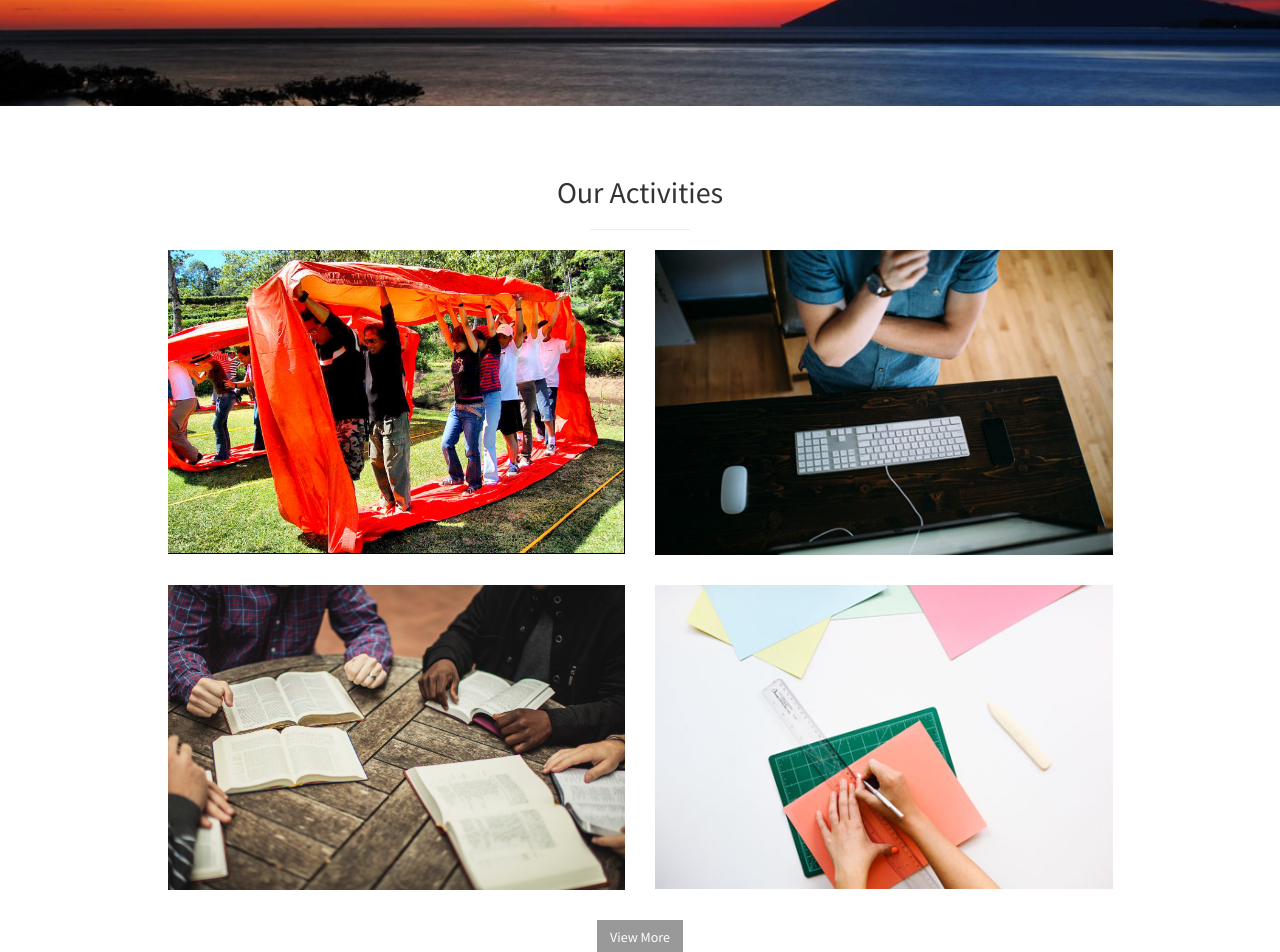
Repository: satriyoministry/revolutioncamp
Page: index.html
The author's editor kept a record of every edit. The page is drawn from the files as they stood at one moment, then again after the next edit.
The browser window is 1280 px wide. The pictures show the part of the page from y = 1718 to 2670 px (the page is 3945 px tall).

Above is the page before.

### index.html
<!DOCTYPE html>
<html lang="en">

<head>

    <meta charset="utf-8">
    <meta http-equiv="X-UA-Compatible" content="IE=edge">
    <meta name="viewport" content="width=device-width, initial-scale=1">
    <meta name="description" content="">
    <meta name="author" content="">

    <title>Revolution Camp 2015</title>

    <!-- Bootstrap Core CSS -->
    <link href="css/bootstrap.min.css" rel="stylesheet">

    <!-- Custom CSS -->
    <link href="css/stylish-portfolio.css" rel="stylesheet">

    <!-- Custom Fonts -->
    <link href="font-awesome/css/font-awesome.min.css" rel="stylesheet" type="text/css">
    <link href="http://fonts.googleapis.com/css?family=Source+Sans+Pro:300,400,700,300italic,400italic,700italic" rel="stylesheet" type="text/css">

    <!-- HTML5 Shim and Respond.js IE8 support of HTML5 elements and media queries -->
    <!-- WARNING: Respond.js doesn't work if you view the page via file:// -->
    <!--[if lt IE 9]>
        <script src="https://oss.maxcdn.com/libs/html5shiv/3.7.0/html5shiv.js"></script>
        <script src="https://oss.maxcdn.com/libs/respond.js/1.4.2/respond.min.js"></script>
    <![endif]-->

</head>

<body>

    <!-- Navigation -->
    <a id="menu-toggle" href="#" class="btn btn-dark btn-lg toggle"><i class="fa fa-bars"></i></a>
    <nav id="sidebar-wrapper">
        <ul class="sidebar-nav">
            <a id="menu-close" href="#" class="btn btn-light btn-lg pull-right toggle"><i class="fa fa-times"></i></a>
            <li class="sidebar-brand">
                <a href="#top">@gms_tos</a>
            </li>
            <li>
                <a href="#top">Home</a>
            </li>
            <li>
                <a href="#about">Tema</a>
            </li>
            <li>
                <a href="#services">Speakers</a>
            </li>
            <li>
                <a href="#portfolio">Activities</a>
            </li>
            <li>
                <a href="#contact">Contact</a>
            </li>
        </ul>
    </nav>

    <!-- Header -->
    <header id="top" class="header">
        <div class="text-vertical-center">
            <h1><font color="white">Revolution Camp 2015</font></h1>
            <h3><font color="white">Young Profesional Retreat</font></h3>
            <br>
            <a href="#contact" class="btn btn-dark btn-lg">Find out to venue</a>
            <a href="#contact" class="btn btn-dark btn-lg">Find form register</a>
        </div>
    </header>

    <!-- About -->
    <section id="about" class="about">
        <div class="container">
            <div class="row">
                <div class="col-lg-12 text-center">
                    <h2>GRACE OF JESUS CHRIST</h2>
                    <p class="lead">.<a target="_blank" href="http://join.deathtothestockphoto.com/">TEMA</a>.</p>
                </div>
            </div>
            <!-- /.row -->
        </div>
        <!-- /.container -->
    </section>

    <!-- Services -->
    <!-- The circle icons use Font Awesome's stacked icon classes. For more information, visit http://fontawesome.io/examples/ -->
    <section id="services" class="services bg-primary">
        <div class="container">
            <div class="row text-center">
                <div class="col-lg-10 col-lg-offset-1">
                    <h2>Our Speaker</h2>
                    <hr class="small">
                    <div class="row">
                        <div class="col-md-3 col-sm-6">
                            <div class="service-item">
                                <img class="img-portfolio img-responsive" src="img/tb.jpg">
                                <h4>
                                    <strong>Ps.Thomas Budianto</strong>
                                </h4>
                                <p> Gembala Regional Sulawesi <br>Gereja Mawar Sharon </p>
                                <a href="#" class="btn btn-light">@thomas_budianto</a>
                            </div>
                        </div>
                        <div class="col-md-3 col-sm-6">
                            <div class="service-item">
                                <img class="img-portfolio img-responsive" src="img/an.jpg">
                                <h4>
                                    <strong>Mr.Andreas Nawawi</strong>
                                </h4>
                                <p>Head Marketing<br>Paramount Land</p>
                                <a href="#" class="btn btn-light">@andreasnawawi</a>
                            </div>
                        </div>
                        <div class="col-md-3 col-sm-6">
                            <div class="service-item">
                                <img class="img-portfolio img-responsive" src="img/as.jpg">
                                <h4>
                                    <strong>Mr.Adrian Sarwono</strong>
                                </h4>
                                <p>CEO<br>PT. Kasi Karunia Indonesia</p>
                                <a href="#" class="btn btn-light">@adriansarwono</a>
                            </div>
                        </div>
                        <div class="col-md-3 col-sm-6">
                            <div class="service-item">
                                <img class="img-portfolio img-responsive" src="img/fs.jpg">
                                <h4>
                                    <strong>Pdp. Feybe Saranaung</strong>
                                </h4>
                                <p>Gembala Profesional Muda<br>Gereja Mawar Sharon Manado</p>
                                <a href="#" class="btn btn-light">@feybe_saranaung</a>
                            </div>
                        </div>

                    </div>
                    <!-- /.row (nested) -->
                </div>
                <!-- /.col-lg-10 -->
            </div>
            <!-- /.row -->
        </div>
        <!-- /.container -->
    </section>

    <!-- Callout -->
    <aside class="callout">
        <div class="text-vertical-center">
            <h1>@Sutan Raja Hotel<br> Tgl 20 - 22 Maret 2015</h1>
        </div>
    </aside>

     <!-- Portfolio -->
    <section id="portfolio" class="portfolio">
        <div class="container">
            <div class="row">
                <div class="col-lg-10 col-lg-offset-1 text-center">
                    <h2>Our Activities</h2>
                    <hr class="small">
                    <div class="row">
                        <div class="col-md-6">
                            <div class="portfolio-item">
                                <a href="#">
                                    <img class="img-portfolio img-responsive" src="img/1.jpg">
                                </a>
                            </div>
                        </div>
                        <div class="col-md-6">
                            <div class="portfolio-item">
                                <a href="#">
                                    <img class="img-portfolio img-responsive" src="img/2a.jpg">
                                </a>
                            </div>
                        </div>
                        <div class="col-md-6">
                            <div class="portfolio-item">
                                <a href="#">
                                    <img class="img-portfolio img-responsive" src="img/3.jpg">
                                </a>
                            </div>
                        </div>
                        <div class="col-md-6">
                            <div class="portfolio-item">
                                <a href="#">
                                    <img class="img-portfolio img-responsive" src="img/4a.jpg">
                                </a>
                            </div>
                        </div>
                    </div>
                    <!-- /.row (nested) -->
                    <a href="#" class="btn btn-dark">View More</a>
                </div>
                <!-- /.col-lg-10 -->
            </div>
            <!-- /.row -->
        </div>
        <!-- /.container -->
    </section>


    <!-- Call to Action -->
    <aside class="call-to-action bg-primary">
        <div class="container">
            <div class="row">
                <div class="col-lg-12 text-center">
                    <h3>UP COMING MOVEMENT 2015</h3>
                    <a href="#" class="btn btn-lg btn-light">Seminar Market Place 2015</a>
                    <a href="#" class="btn btn-lg btn-dark">Lauching Album GMS Live</a>
                    <a href="#" class="btn btn-lg btn-light">Single The Explorer 2015</a>
                    <a href="#" class="btn btn-lg btn-dark">Retreat Prom 2015</a>
                </div>
            </div>
        </div>
    </aside>

    <!-- Map -->
    <section id="contact" class="map">
        <iframe width="100%" height="100%" frameborder="0" scrolling="no" marginheight="0" marginwidth="0" src="https://www.google.com/maps/embed?pb=!1m14!1m8!1m3!1d3988.50612302976!2d124.92071499999999!3d1.4695099999999999!3m2!1i1024!2i768!4f13.1!3m3!1m2!1s0x32870bb2d8829531%3A0xdaaafba3a19c7589!2sSutan+Raja+Hotel!5e0!3m2!1sen!2sid!4v1422346673105" width="1903" height="506" frameborder="0" style="border:0"></iframe>
        <br />
        <small>
            <a href="https://www.google.com/maps/embed?pb=!1m14!1m8!1m3!1d3988.50612302976!2d124.92071499999999!3d1.4695099999999999!3m2!1i1024!2i768!4f13.1!3m3!1m2!1s0x32870bb2d8829531%3A0xdaaafba3a19c7589!2sSutan+Raja+Hotel!5e0!3m2!1sen!2sid!4v1422346673105" width="1903" height="506" frameborder="0" style="border:0"></a>
        </small>
        </iframe>
    </section>

    <!-- Footer -->
    <footer>
        <div class="container">
            <div class="row">
                <div class="col-lg-10 col-lg-offset-1 text-center">
                    <h4><strong>CONTACT US</strong>
                    </h4>
                    <p>@Kawasan Bahu Mall<br>Depan Lagoon Apartemen</p>
                    <ul class="list-unstyled">
                        <li><i class="fa fa-phone fa-fw fa-1x"></i> (0431) 456-7890</li>
                        <li> <i class="fa fa-mobile fa-fw fa-2x"></i>08123456789</li>
                        <li><i class="fa fa-envelope-o fa-fw"></i>  <a href="mailto:name@example.com">info@sulawesiforjesus.com</a>
                        </li>
                    </ul>
                    <br>
                    <ul class="list-inline">
                        <li>
                            <a href="#"><i class="fa fa-facebook fa-fw fa-3x"></i></a>
                        </li>
                        <li>
                            <a href="https://twitter.com/rev_camp"><i class="fa fa-twitter fa-fw fa-3x"></i></a>
                        </li>
                        <li>
                            <a href="#"><i class="fa fa-instagram fa-fw fa-3x"></i></a>
                        </li>
                        <li>
                            <a href="#"><i class="fa fa-youtube fa-fw fa-3x"></i></a>
                        </li>
                    </ul>
                    <hr class="small">
                    <p class="text-muted">Copyright &copy;@raisecamp2015</p>
                </div>
            </div>
        </div>
    </footer>

    <!-- jQuery -->
    <script src="js/jquery.js"></script>

    <!-- Bootstrap Core JavaScript -->
    <script src="js/bootstrap.min.js"></script>

    <!-- Custom Theme JavaScript -->
    <script>
    // Closes the sidebar menu
    $("#menu-close").click(function(e) {
        e.preventDefault();
        $("#sidebar-wrapper").toggleClass("active");
    });

    // Opens the sidebar menu
    $("#menu-toggle").click(function(e) {
        e.preventDefault();
        $("#sidebar-wrapper").toggleClass("active");
    });

    // Scrolls to the selected menu item on the page
    $(function() {
        $('a[href*=#]:not([href=#])').click(function() {
            if (location.pathname.replace(/^\//, '') == this.pathname.replace(/^\//, '') || location.hostname == this.hostname) {

                var target = $(this.hash);
                target = target.length ? target : $('[name=' + this.hash.slice(1) + ']');
                if (target.length) {
                    $('html,body').animate({
                        scrollTop: target.offset().top
                    }, 1000);
                    return false;
                }
            }
        });
    });
    </script>

</body>

</html>

### css/stylish-portfolio.css
/*!
 * Start Bootstrap - Stylish Portfolio Bootstrap Theme (http://startbootstrap.com)
 * Code licensed under the Apache License v2.0.
 * For details, see http://www.apache.org/licenses/LICENSE-2.0.
 */

/* Global Styles */

html,
body {
    width: 100%;
    height: 100%;
}

body {
    font-family: "Source Sans Pro","Helvetica Neue",Helvetica,Arial,sans-serif;
}

.text-vertical-center {
    display: table-cell;
    text-align: center;
    vertical-align: middle;
}

.text-vertical-center h1 {
    margin: 0;
    padding: 0;
    font-size: 4.5em;
    font-weight: 700;
}

/* Custom Button Styles */

.btn-dark {
    border-radius: 0;
    color: #fff;
    background-color: rgba(0,0,0,0.4);
}

.btn-dark:hover,
.btn-dark:focus,
.btn-dark:active {
    color: #fff;
    background-color: rgba(0,0,0,0.7);
}

.btn-light {
    border-radius: 0;
    color: #333;
    background-color: rgb(255,255,255);
}

.btn-light:hover,
.btn-light:focus,
.btn-light:active {
    color: #333;
    background-color: rgba(255,255,255,0.8);
}

/* Custom Horizontal Rule */

hr.small {
    max-width: 100px;
}

/* Side Menu */

#sidebar-wrapper {
    z-index: 1000;
    position: fixed;
    right: 0;
    width: 250px;
    height: 100%;
    margin-right: -250px;
    overflow-y: auto;
    background: #222;
    -webkit-transition: all 0.4s ease 0s;
    -moz-transition: all 0.4s ease 0s;
    -ms-transition: all 0.4s ease 0s;
    -o-transition: all 0.4s ease 0s;
    transition: all 0.4s ease 0s;
}

.sidebar-nav {
    position: absolute;
    top: 0;
    width: 250px;
    margin: 0;
    padding: 0;
    list-style: none;
}

.sidebar-nav li {
    text-indent: 20px;
    line-height: 40px;
}

.sidebar-nav li a {
    display: block;
    text-decoration: none;
    color: #999;
}

.sidebar-nav li a:hover {
    text-decoration: none;
    color: #fff;
    background: rgba(255,255,255,0.2);
}

.sidebar-nav li a:active,
.sidebar-nav li a:focus {
    text-decoration: none;
}

.sidebar-nav > .sidebar-brand {
    height: 55px;
    font-size: 18px;
    line-height: 55px;
}

.sidebar-nav > .sidebar-brand a {
    color: #999;
}

.sidebar-nav > .sidebar-brand a:hover {
    color: #fff;
    background: none;
}

#menu-toggle {
    z-index: 1;
    position: fixed;
    top: 0;
    right: 0;
}

#sidebar-wrapper.active {
    right: 250px;
    width: 250px;
    -webkit-transition: all 0.4s ease 0s;
    -moz-transition: all 0.4s ease 0s;
    -ms-transition: all 0.4s ease 0s;
    -o-transition: all 0.4s ease 0s;
    transition: all 0.4s ease 0s;
}

.toggle {
    margin: 5px 5px 0 0;
}

/* Header */

.header {
    display: table;
    position: relative;
    width: 100%;
    height: 100%;
    background: url(../img/bg.jpg) no-repeat center center scroll;
    -webkit-background-size: cover;
    -moz-background-size: cover;
    background-size: cover;
    -o-background-size: cover;
}

/* About */

.about {
    padding: 50px 0;
}

/* Services */

.services {
    padding: 50px 0;
}

.service-item {
    margin-bottom: 30px;
}

/* Callout */

.callout {
    display: table;
    width: 100%;
    height: 400px;
    color: #fff;
    background: url(../img/callout.jpg) no-repeat center center scroll;
    -webkit-background-size: cover;
    -moz-background-size: cover;
    background-size: cover;
    -o-background-size: cover;
}

/* Portfolio */

.portfolio {
    padding: 50px 0;
}

.portfolio-item {
    margin-bottom: 30px;
}

.img-portfolio {
    margin: 0 auto;
}

.img-portfolio:hover {
    opacity: 0.8;
}

/* Call to Action */

.call-to-action {
    padding: 50px 0;
}

.call-to-action .btn {
    margin: 10px;
}

/* Map */

.map {
    height: 500px;
}

@media(max-width:768px) {
    .map {
        height: 75%;
    }
}

/* Footer */

footer {
    padding: 100px 0;
}

Loaded but not shown: css/bootstrap.min.css (library); font-awesome/css/font-awesome.min.css (library); js/jquery.js (library); js/bootstrap.min.js (library)

After the next edit:
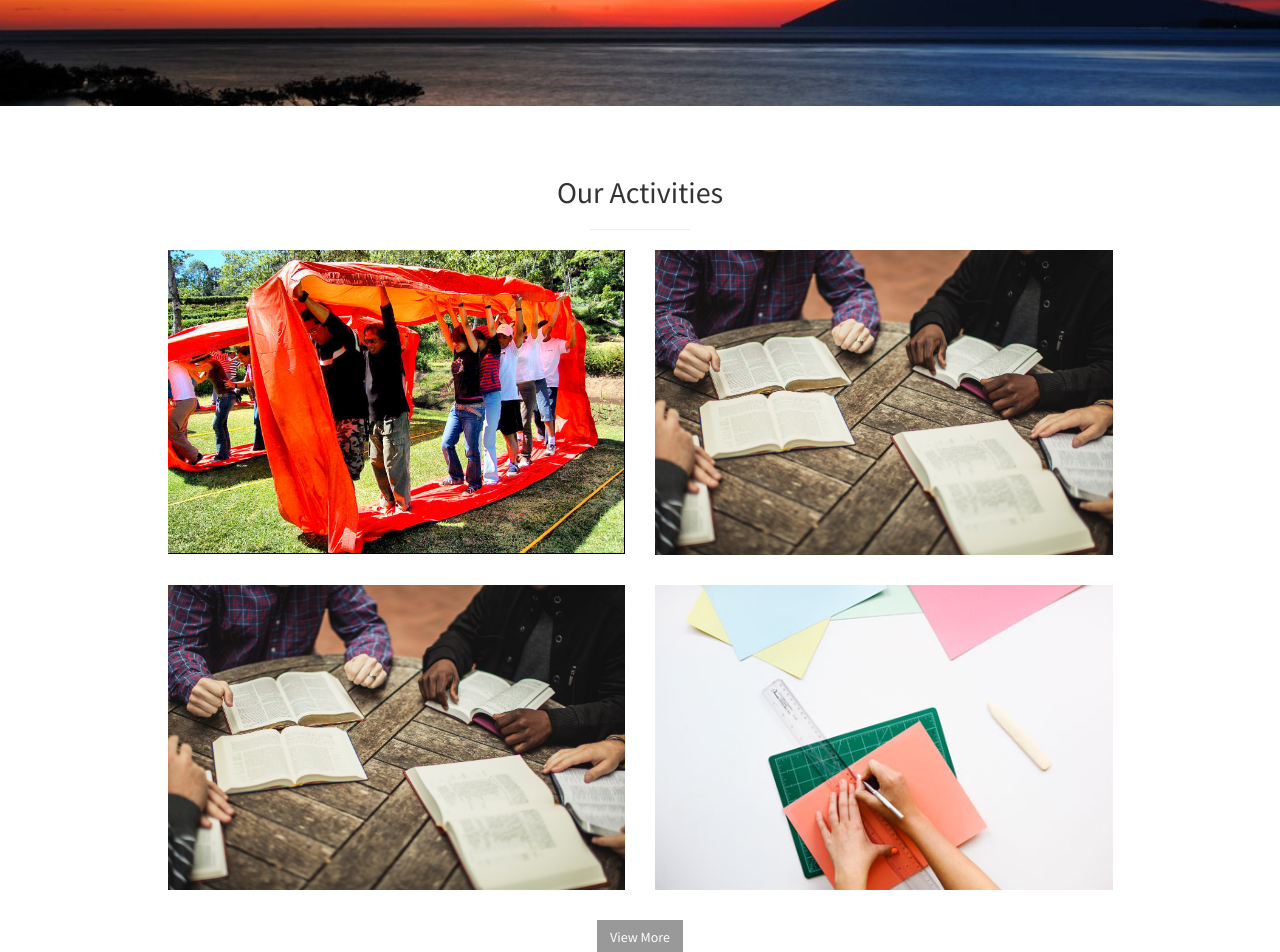
The edit:
--- a/index.html
+++ b/index.html
@@ -168,7 +168,7 @@
                         <div class="col-md-6">
                             <div class="portfolio-item">
                                 <a href="#">
-                                    <img class="img-portfolio img-responsive" src="img/2a.jpg">
+                                    <img class="img-portfolio img-responsive" src="img/3.jpg">
                                 </a>
                             </div>
                         </div>
